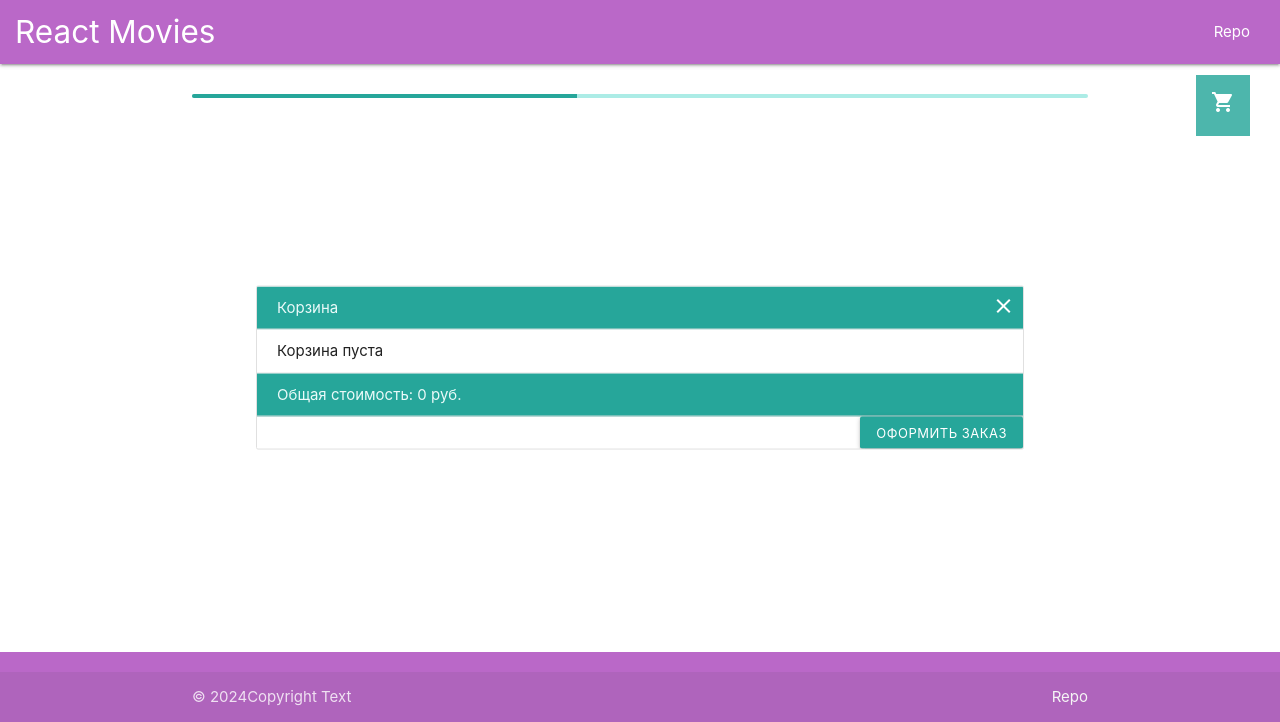
Repository: iveivs/mNepRe
Page: / (app in vitrina/), after clicking the first element matching `div.cart`
The author's editor kept a copy of each file at every save. The page is drawn from the files as they stood at one save, then again after the next save.
The browser window is 1280 px wide. The pictures show the whole page.
The page's requests for data from a server got no answer. The project was rebuilt for these pictures with package versions that can differ from the ones it lists, and the page was loaded fresh each time. No one was signed in, and anything a server would have sent is missing. Also part of the build but not shown: vitrina/src/components/GoodsItem.jsx, vitrina/src/components/GoodsList.jsx, vitrina/src/components/BasketItem.jsx.

Above is the page before, as saved 2024-01-27 18:09:25.

### vitrina/public/index.html
<!DOCTYPE html>
<html lang="en">
  <head>
    <meta charset="utf-8" />
    <link rel="icon" href="%PUBLIC_URL%/favicon.ico" />
    <meta name="viewport" content="width=device-width, initial-scale=1" />
    <meta name="theme-color" content="#000000" />
    <meta
      name="description"
      content="React shop"
    />
    <link rel="apple-touch-icon" href="%PUBLIC_URL%/logo192.png" />

    <link rel="manifest" href="%PUBLIC_URL%/manifest.json" />

    <title>React shop</title>
    <link rel="stylesheet" href="https://cdnjs.cloudflare.com/ajax/libs/materialize/1.0.0/css/materialize.min.css">
    <link href="https://fonts.googleapis.com/icon?family=Material+Icons" rel="stylesheet">
  </head>
  <body>
    <noscript>You need to enable JavaScript to run this app.</noscript>
    <div id="root"></div>

  </body>
</html>

### vitrina/src/index.js
import React from 'react';
import ReactDOM from 'react-dom/client';
import App from './App';
import "./index.css"


const root = ReactDOM.createRoot(document.getElementById('root'));
root.render(
  <React.StrictMode>
    <App />
  </React.StrictMode>
);

### vitrina/src/App.js
import { Header } from "./components/Header";
import { Footer } from "./components/Footer";
import { Shop } from "./components/Shop";

function App() {
  return (
    <>
    <Header />
    <Shop  />
    <Footer />
    </>
  );
}

export default App;

### vitrina/src/index.css
body {
  margin: 0;
  font-family: -apple-system, BlinkMacSystemFont, 'Segoe UI', 'Roboto', 'Oxygen',
    'Ubuntu', 'Cantarell', 'Fira Sans', 'Droid Sans', 'Helvetica Neue',
    sans-serif;
  -webkit-font-smoothing: antialiased;
  -moz-osx-font-smoothing: grayscale;
}

nav {
  padding: 0 1rem;
}
.content {
  min-height: calc(100vh - 70px - 62px);
  padding: 1.5rem 0;
}
.goods {
  display: grid;
  grid-template-columns: repeat(auto-fill, minmax(250px, 1fr));
  gap: 1rem;
}
.card {
  display: flex;
  flex-direction: column;

}
.card-content {
  flex-grow: 1;
}
.cart {
  position: fixed;
  bottom: 2rem;
  right: 2rem;


  cursor: pointer;
  z-index: 5;
  padding: 1rem;
}
@media (min-width: 767px) {
  .cart {
    top: 5rem;
    bottom: unset;
  }
}
/* .cart-quantity {

} */

.basket-list {
  position: fixed;
  top: 50%;
  left: 50%;
  transform: translate(-50%, -50%);

  background-color: #fff;
  width: 1rem;
  min-width: 60%;

  animation: show 600ms ease-in-out;
}

.basket-close {
  cursor: pointer;
  position: absolute;
  top: 0.5rem;
  right: 0.5rem;

  color: #fff;
}
.basket-delete {
  cursor: pointer;
}

@keyframes show {
  from {
    top: 70%;
    opacity: 0;
  }
  to {
    top: 50%;
    opacity: 1;
  }
}

.basket-quantity {
  cursor: pointer;
  vertical-align: middle;
  color: #26a69a;
}

### vitrina/src/components/Header.jsx
function Header() {
    return (
        <nav className="purple lighten-2">
            <div className="nav-wrapper">
                <a href="#" className="brand-logo">
                    React Movies
                </a>
                <ul id="nav-mobile" className="right hide-on-med-and-down">
                    <li>
                        <a href="#">Repo</a>
                    </li>

                </ul>
            </div>
        </nav>
    );
}
export { Header };

### vitrina/src/components/Footer.jsx
function Footer() {
    return (
        <footer className="page-footer purple lighten-2">
            <div className="footer-copyright">
                <div className="container">
                    © {new Date().getFullYear()}Copyright Text
                    <a className="grey-text text-lighten-4 right" href="#!">
                        Repo
                    </a>
                </div>
            </div>
        </footer>
    );
}
export { Footer };

### vitrina/src/components/Shop.jsx
import { useState, useEffect } from "react"
import { API_KEY, API_URL } from "../config"
import { Preloader } from "./Preloader"
import { GoodsList } from "./GoodsList"
import { Cart } from "./Cart"
import { BasketList } from "./BasketList"

function Shop() {
    const[goods, setGoods] = useState([])
    const[loading, setLoading] = useState(true)
    const [order, setOrder] = useState([])
    const [isBasketShow, setBasketShow] = useState(false)


    // в функцию получаем объект с id назаванием и ценой
    const addToBasket = (item)=> {
        // проверяем есть ли уже в текущем стейте заказа этот текущий заказ,
        // чтоб не создавать новый
        const itemIndex = order.findIndex(
            (orderItem) => orderItem.mainId === item.mainId)

        // если нет, то добавляем просто новый объект
        if(itemIndex < 0) {
            const newItem = {
                ...item,
                quantity: 1,
            }
            setOrder([...order, newItem])
        }else {
            // если ранее уже был добавлен, то ищем его позицию
            const newOrder = order.map((orderItem, index) => {
                if(index === itemIndex) {
                    return {
                        ...orderItem,
                        quantity: orderItem.quantity + 1
                    }

                } else {
                    return orderItem
                }
            })
            setOrder(newOrder)
        }
        console.log(order);

    }

    const removeFromBasket = (itemID) => {
        const newOrder = order.filter((el) => el.mainId !== itemID)
        setOrder(newOrder)
    }

    const incrQuantity = (itemID) => {
        const newOrder = order.map((el) => {
            if (el.mainId === itemID) {
                const newQuantity = el.quantity + 1;
                return {
                    ...el,
                    quantity: newQuantity,
                };
            } else {
                return el;
            }
        });
        setOrder(newOrder)
    };

    const decrQuantity = (itemID) => {
        const newOrder = order.map((el) => {
            if (el.mainId === itemID) {
                const newQuantity = el.quantity - 1;
                return {
                    ...el,
                    quantity: newQuantity >= 0 ? newQuantity : 0,
                };
            } else {
                return el;
            }
        });
        setOrder(newOrder)
    }

    const handleBasketShow = () => {
        setBasketShow(!isBasketShow)
    }

    useEffect(function getGoods() {
        fetch(API_URL, {
            headers: {
                Authorization: API_KEY,
            }
        }).then(response => response.json())
        .then(data => {
            data.shop && setGoods(data.shop)
            setLoading(false)
        })
    },[])


    return <main className="container content">
        <Cart quantity={order.length} handleBasketShow={handleBasketShow} />
        {loading ? <Preloader /> : <GoodsList addToBasket={addToBasket} goods={goods} />}
        {
            isBasketShow && <BasketList
                order={order}
                handleBasketShow={handleBasketShow}
                removeFromBasket={removeFromBasket}
                incrQuantity={incrQuantity}
                decrQuantity={decrQuantity}
                 />
        }
    </main>
}
export { Shop }

### vitrina/src/config.js
const API_KEY = process.env.REACT_APP_API_KEY

const API_URL = 'https://fortniteapi.io/v2/shop?lang=en'

export {
    API_KEY,
    API_URL,
}

### vitrina/src/components/Preloader.jsx
function Preloader() {
    return <div className="progress">
    <div className="indeterminate"></div>
</div>
}
export {Preloader}

### vitrina/src/components/Cart.jsx
function Cart(props) {
    const {quantity = 0, handleBasketShow = Function.prototype} = props
    return <div className="cart teal lighten-2 white-text" onClick={handleBasketShow}>
        <i className="material-icons">shopping_cart</i>
        {quantity ? <span className='cart-quantity'>{quantity}</span> : null}
    </div>
}
export {Cart}

### vitrina/src/components/BasketList.jsx
import { BasketItem } from "./BasketItem"
function BasketList (props) {
    const {order = [],
        handleBasketShow = Function.prototype,
        removeFromBasket = Function.prototype,
        incrQuantity = Function.prototype,
        decrQuantity = Function.prototype,
    } = props

    const totalPrice = order.reduce((sum, el) => {
        return sum + el.regularPrice * el.quantity
    }, 0)
    return (
        <ul className="collection basket-list">
        <li className="collection-item active">Корзина</li>
            {
                order.length ? order.map(item => (
                    <BasketItem
                        key={item.id}
                        {...item}
                        removeFromBasket={removeFromBasket}
                        incrQuantity={incrQuantity}
                        decrQuantity={decrQuantity}
                    />
                )) : <li className="collection-item"> Корзина пуста</li>
            }
        <li className="collection-item active">Общая стоимость: {totalPrice} руб.</li>
        <li>
            <button className="secondary-content btn-small">Оформить заказ</button>
        </li>
        <i className="material-icons basket-close" onClick={handleBasketShow}>close</i>
    </ul>
    )
}
export {BasketList}

After the next save:
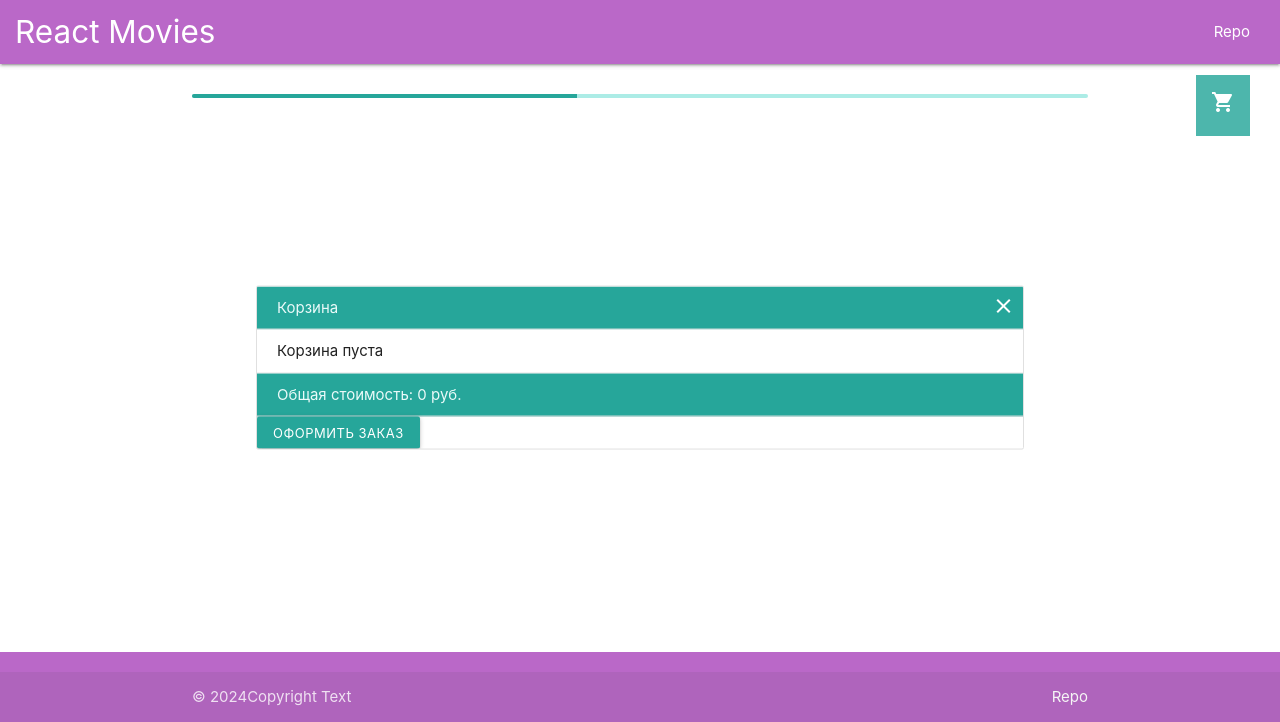
Saved 21 s later.
--- a/vitrina/src/components/BasketList.jsx
+++ b/vitrina/src/components/BasketList.jsx
@@ -26,7 +26,7 @@ function BasketList (props) {
             }
         <li className="collection-item active">Общая стоимость: {totalPrice} руб.</li>
         <li>
-            <button className="secondary-content btn-small">Оформить заказ</button>
+            <button className="btn-small">Оформить заказ</button>
         </li>
         <i className="material-icons basket-close" onClick={handleBasketShow}>close</i>
     </ul>
